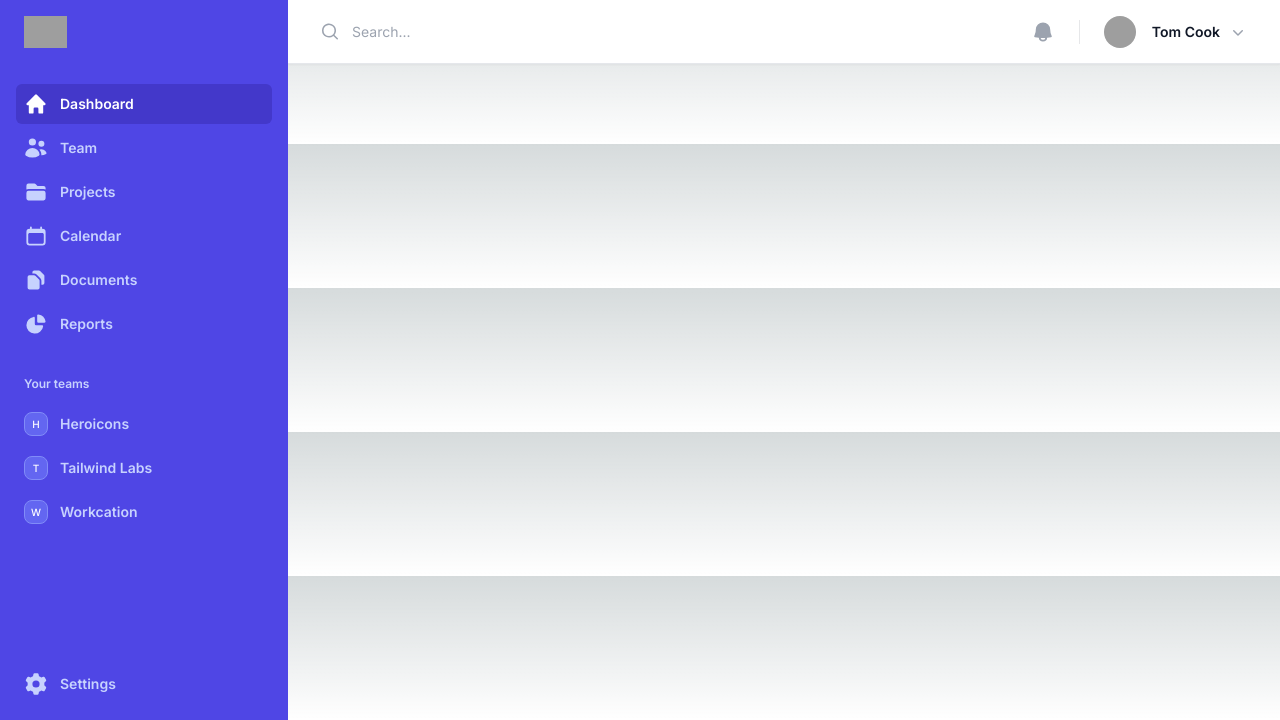
Repository: uh-sman/digital-x
Page: /
These files come from the project's save history. The page is drawn as it stood at one moment and after the next save; the edit follows.
The browser window is 1280 px wide. The pictures show the whole page.
Pictures or frames that could not be fetched are drawn as grey boxes. The project was rebuilt for these pictures with package versions that can differ from the ones it lists, and the page was loaded fresh each time. The framework's server and built-in components were replaced by stand-ins that run in the browser. Also part of the build but not shown: next.config.mjs.

Above is the page before, as saved 2024-04-02 09:46:39.

### app/(routes)/page.tsx
import Image from "next/image";
import SideBar from "./(components)/sidebar";

export default function Home() {
  return (
    <div>
      <SideBar />
    </div>
  );
}

### app/(routes)/(components)/sidebar.tsx
"use client"
import {  Fragment, useState } from "react";
import { Dialog, Menu, Transition } from '@headlessui/react'
import {
    Bars3Icon,
    BellIcon,
    CalendarIcon,
  ChartPieIcon,
  ChevronDownIcon,
  Cog6ToothIcon,
  DocumentDuplicateIcon,
  FolderIcon,
  HomeIcon,
  MagnifyingGlassIcon,
  UsersIcon,
  XMarkIcon,
} from "@heroicons/react/20/solid";
const navigation = [
  { name: "Dashboard", href: "#", icon: HomeIcon, current: true },
  { name: "Team", href: "#", icon: UsersIcon, current: false },
  { name: "Projects", href: "#", icon: FolderIcon, current: false },
  { name: "Calendar", href: "#", icon: CalendarIcon, current: false },
  {
    name: "Documents",
    href: "#",
    icon: DocumentDuplicateIcon,
    current: false,
  },
  { name: "Reports", href: "#", icon: ChartPieIcon, current: false },
];

const teams = [
    { id: 1, name: 'Heroicons', href: '#', initial: 'H', current: false },
    { id: 2, name: 'Tailwind Labs', href: '#', initial: 'T', current: false },
    { id: 3, name: 'Workcation', href: '#', initial: 'W', current: false },
  ]

  const userNavigation = [
    { name: 'Your profile', href: '#' },
    { name: 'Sign out', href: '#' },
  ]

  function classNames(...classes:any) {
    return classes.filter(Boolean).join(' ')
  }

const SideBar = () => {

    const [sidebarOpen, setSidebarOpen] = useState(false)


  return (
    <>
      {/*
        This example requires updating your template:

        ```
        <html class="h-full bg-white">
        <body class="h-full">
        ```
      */}
      <div>
        <Transition.Root show={sidebarOpen} as={Fragment}>
          <Dialog as="div" className="relative z-50 lg:hidden" onClose={setSidebarOpen}>
            <Transition.Child
              as={Fragment}
              enter="transition-opacity ease-linear duration-300"
              enterFrom="opacity-0"
              enterTo="opacity-100"
              leave="transition-opacity ease-linear duration-300"
              leaveFrom="opacity-100"
              leaveTo="opacity-0"
            >
              <div className="fixed inset-0 bg-gray-900/80" />
            </Transition.Child>

            <div className="fixed inset-0 flex">
              <Transition.Child
                as={Fragment}
                enter="transition ease-in-out duration-300 transform"
                enterFrom="-translate-x-full"
                enterTo="translate-x-0"
                leave="transition ease-in-out duration-300 transform"
                leaveFrom="translate-x-0"
                leaveTo="-translate-x-full"
              >
                <Dialog.Panel className="relative mr-16 flex w-full max-w-xs flex-1">
                  <Transition.Child
                    as={Fragment}
                    enter="ease-in-out duration-300"
                    enterFrom="opacity-0"
                    enterTo="opacity-100"
                    leave="ease-in-out duration-300"
                    leaveFrom="opacity-100"
                    leaveTo="opacity-0"
                  >
                    <div className="absolute left-full top-0 flex w-16 justify-center pt-5">
                      <button type="button" className="-m-2.5 p-2.5" onClick={() => setSidebarOpen(false)}>
                        <span className="sr-only">Close sidebar</span>
                        <XMarkIcon className="h-6 w-6 text-white" aria-hidden="true" />
                      </button>
                    </div>
                  </Transition.Child>
                  {/* Sidebar component, swap this element with another sidebar if you like */}
                  <div className="flex grow flex-col gap-y-5 overflow-y-auto bg-indigo-600 px-6 pb-4">
                    <div className="flex h-16 shrink-0 items-center">
                      <img
                        className="h-8 w-auto"
                        src="https://tailwindui.com/img/logos/mark.svg?color=white"
                        alt="Your Company"
                      />
                    </div>
                    <nav className="flex flex-1 flex-col">
                      <ul role="list" className="flex flex-1 flex-col gap-y-7">
                        <li>
                          <ul role="list" className="-mx-2 space-y-1">
                            {navigation.map((item) => (
                              <li key={item.name}>
                                <a
                                  href={item.href}
                                  className={classNames(
                                    item.current
                                      ? 'bg-indigo-700 text-white'
                                      : 'text-indigo-200 hover:text-white hover:bg-indigo-700',
                                    'group flex gap-x-3 rounded-md p-2 text-sm leading-6 font-semibold'
                                  )}
                                >
                                  <item.icon
                                    className={classNames(
                                      item.current ? 'text-white' : 'text-indigo-200 group-hover:text-white',
                                      'h-6 w-6 shrink-0'
                                    )}
                                    aria-hidden="true"
                                  />
                                  {item.name}
                                </a>
                              </li>
                            ))}
                          </ul>
                        </li>
                        <li>
                          <div className="text-xs font-semibold leading-6 text-indigo-200">Your teams</div>
                          <ul role="list" className="-mx-2 mt-2 space-y-1">
                            {teams.map((team) => (
                              <li key={team.name}>
                                <a
                                  href={team.href}
                                  className={classNames(
                                    team.current
                                      ? 'bg-indigo-700 text-white'
                                      : 'text-indigo-200 hover:text-white hover:bg-indigo-700',
                                    'group flex gap-x-3 rounded-md p-2 text-sm leading-6 font-semibold'
                                  )}
                                >
                                  <span className="flex h-6 w-6 shrink-0 items-center justify-center rounded-lg border border-indigo-400 bg-indigo-500 text-[0.625rem] font-medium text-white">
                                    {team.initial}
                                  </span>
                                  <span className="truncate">{team.name}</span>
                                </a>
                              </li>
                            ))}
                          </ul>
                        </li>
                        <li className="mt-auto">
                          <a
                            href="#"
                            className="group -mx-2 flex gap-x-3 rounded-md p-2 text-sm font-semibold leading-6 text-indigo-200 hover:bg-indigo-700 hover:text-white"
                          >
                            <Cog6ToothIcon
                              className="h-6 w-6 shrink-0 text-indigo-200 group-hover:text-white"
                              aria-hidden="true"
                            />
                            Settings
                          </a>
                        </li>
                      </ul>
                    </nav>
                  </div>
                </Dialog.Panel>
              </Transition.Child>
            </div>
          </Dialog>
        </Transition.Root>

        {/* Static sidebar for desktop */}
        <div className="hidden lg:fixed lg:inset-y-0 lg:z-50 lg:flex lg:w-72 lg:flex-col">
          {/* Sidebar component, swap this element with another sidebar if you like */}
          <div className="flex grow flex-col gap-y-5 overflow-y-auto bg-indigo-600 px-6 pb-4">
            <div className="flex h-16 shrink-0 items-center">
              <img
                className="h-8 w-auto"
                src="https://tailwindui.com/img/logos/mark.svg?color=white"
                alt="Your Company"
              />
            </div>
            <nav className="flex flex-1 flex-col">
              <ul role="list" className="flex flex-1 flex-col gap-y-7">
                <li>
                  <ul role="list" className="-mx-2 space-y-1">
                    {navigation.map((item) => (
                      <li key={item.name}>
                        <a
                          href={item.href}
                          className={classNames(
                            item.current
                              ? 'bg-indigo-700 text-white'
                              : 'text-indigo-200 hover:text-white hover:bg-indigo-700',
                            'group flex gap-x-3 rounded-md p-2 text-sm leading-6 font-semibold'
                          )}
                        >
                          <item.icon
                            className={classNames(
                              item.current ? 'text-white' : 'text-indigo-200 group-hover:text-white',
                              'h-6 w-6 shrink-0'
                            )}
                            aria-hidden="true"
                          />
                          {item.name}
                        </a>
                      </li>
                    ))}
                  </ul>
                </li>
                <li>
                  <div className="text-xs font-semibold leading-6 text-indigo-200">Your teams</div>
                  <ul role="list" className="-mx-2 mt-2 space-y-1">
                    {teams.map((team) => (
                      <li key={team.name}>
                        <a
                          href={team.href}
                          className={classNames(
                            team.current
                              ? 'bg-indigo-700 text-white'
                              : 'text-indigo-200 hover:text-white hover:bg-indigo-700',
                            'group flex gap-x-3 rounded-md p-2 text-sm leading-6 font-semibold'
                          )}
                        >
                          <span className="flex h-6 w-6 shrink-0 items-center justify-center rounded-lg border border-indigo-400 bg-indigo-500 text-[0.625rem] font-medium text-white">
                            {team.initial}
                          </span>
                          <span className="truncate">{team.name}</span>
                        </a>
                      </li>
                    ))}
                  </ul>
                </li>
                <li className="mt-auto">
                  <a
                    href="#"
                    className="group -mx-2 flex gap-x-3 rounded-md p-2 text-sm font-semibold leading-6 text-indigo-200 hover:bg-indigo-700 hover:text-white"
                  >
                    <Cog6ToothIcon
                      className="h-6 w-6 shrink-0 text-indigo-200 group-hover:text-white"
                      aria-hidden="true"
                    />
                    Settings
                  </a>
                </li>
              </ul>
            </nav>
          </div>
        </div>

        <div className="lg:pl-72">
          <div className="sticky top-0 z-40 flex h-16 shrink-0 items-center gap-x-4 border-b border-gray-200 bg-white px-4 shadow-sm sm:gap-x-6 sm:px-6 lg:px-8">
            <button type="button" className="-m-2.5 p-2.5 text-gray-700 lg:hidden" onClick={() => setSidebarOpen(true)}>
              <span className="sr-only">Open sidebar</span>
              <Bars3Icon className="h-6 w-6" aria-hidden="true" />
            </button>

            {/* Separator */}
            <div className="h-6 w-px bg-gray-900/10 lg:hidden" aria-hidden="true" />

            <div className="flex flex-1 gap-x-4 self-stretch lg:gap-x-6">
              <form className="relative flex flex-1" action="#" method="GET">
                <label htmlFor="search-field" className="sr-only">
                  Search
                </label>
                <MagnifyingGlassIcon
                  className="pointer-events-none absolute inset-y-0 left-0 h-full w-5 text-gray-400"
                  aria-hidden="true"
                />
                <input
                  id="search-field"
                  className="block h-full w-full border-0 py-0 pl-8 pr-0 text-gray-900 placeholder:text-gray-400 focus:ring-0 sm:text-sm"
                  placeholder="Search..."
                  type="search"
                  name="search"
                />
              </form>
              <div className="flex items-center gap-x-4 lg:gap-x-6">
                <button type="button" className="-m-2.5 p-2.5 text-gray-400 hover:text-gray-500">
                  <span className="sr-only">View notifications</span>
                  <BellIcon className="h-6 w-6" aria-hidden="true" />
                </button>

                {/* Separator */}
                <div className="hidden lg:block lg:h-6 lg:w-px lg:bg-gray-900/10" aria-hidden="true" />

                {/* Profile dropdown */}
                <Menu as="div" className="relative">
                  <Menu.Button className="-m-1.5 flex items-center p-1.5">
                    <span className="sr-only">Open user menu</span>
                    <img
                      className="h-8 w-8 rounded-full bg-gray-50"
                      src="https://images.unsplash.com/photo-1472099645785-5658abf4ff4e?ixlib=rb-1.2.1&ixid=eyJhcHBfaWQiOjEyMDd9&auto=format&fit=facearea&facepad=2&w=256&h=256&q=80"
                      alt=""
                    />
                    <span className="hidden lg:flex lg:items-center">
                      <span className="ml-4 text-sm font-semibold leading-6 text-gray-900" aria-hidden="true">
                        Tom Cook
                      </span>
                      <ChevronDownIcon className="ml-2 h-5 w-5 text-gray-400" aria-hidden="true" />
                    </span>
                  </Menu.Button>
                  <Transition
                    as={Fragment}
                    enter="transition ease-out duration-100"
                    enterFrom="transform opacity-0 scale-95"
                    enterTo="transform opacity-100 scale-100"
                    leave="transition ease-in duration-75"
                    leaveFrom="transform opacity-100 scale-100"
                    leaveTo="transform opacity-0 scale-95"
                  >
                    <Menu.Items className="absolute right-0 z-10 mt-2.5 w-32 origin-top-right rounded-md bg-white py-2 shadow-lg ring-1 ring-gray-900/5 focus:outline-none">
                      {userNavigation.map((item) => (
                        <Menu.Item key={item.name}>
                          {({ active }) => (
                            <a
                              href={item.href}
                              className={classNames(
                                active ? 'bg-gray-50' : '',
                                'block px-3 py-1 text-sm leading-6 text-gray-900'
                              )}
                            >
                              {item.name}
                            </a>
                          )}
                        </Menu.Item>
                      ))}
                    </Menu.Items>
                  </Transition>
                </Menu>
              </div>
            </div>
          </div>

          <main className="py-10">
            <div className="px-4 sm:px-6 lg:px-8">{/* Your content */}</div>
          </main>
        </div>
      </div>
    </>
  )
}

export default SideBar

### tailwind.config.ts
import type { Config } from "tailwindcss";

const config: Config = {
  content: [
    "./pages/**/*.{js,ts,jsx,tsx,mdx}",
    "./components/**/*.{js,ts,jsx,tsx,mdx}",
    "./app/**/*.{js,ts,jsx,tsx,mdx}",
  ],
  theme: {
    extend: {
      backgroundImage: {
        "gradient-radial": "radial-gradient(var(--tw-gradient-stops))",
        "gradient-conic":
          "conic-gradient(from 180deg at 50% 50%, var(--tw-gradient-stops))",
      },
    },
  },
  plugins: [
    require("@tailwindcss/forms"),
  ],
};
export default config;

Loaded but not shown: app/layout.tsx (common file); app/globals.css (common file)

After the next save:
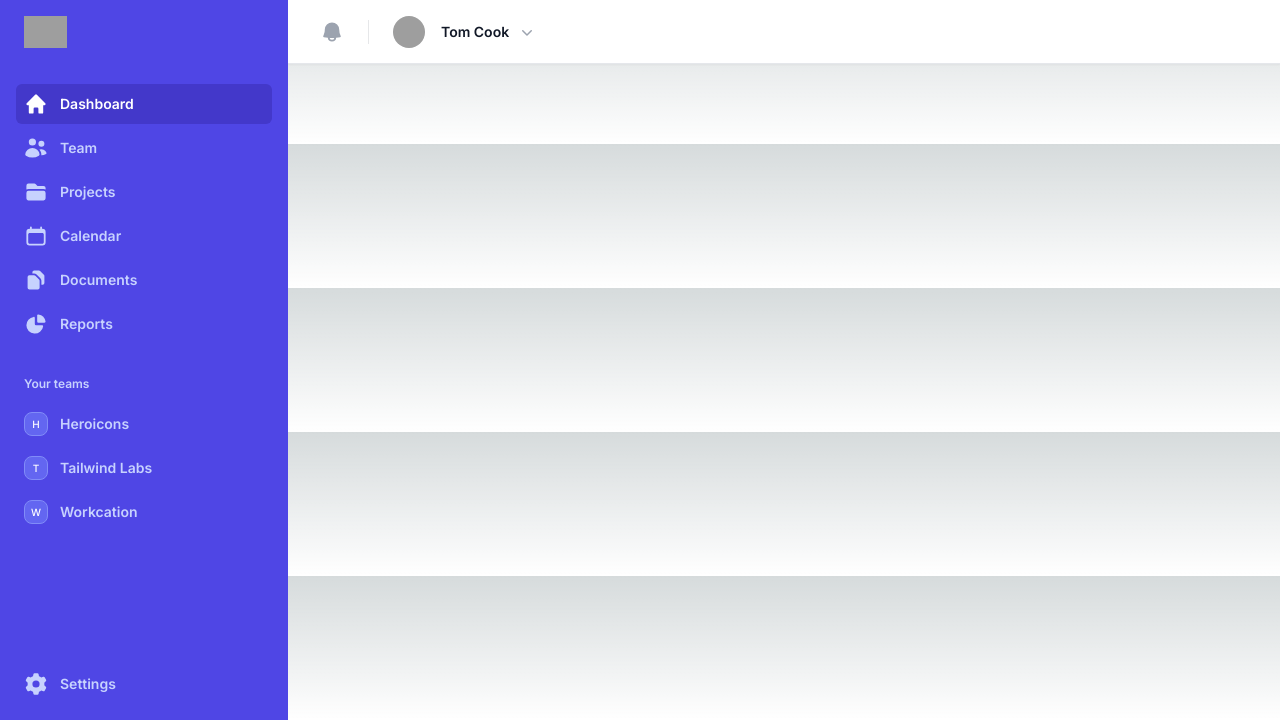
Saved 2 min 47 s later.
--- a/app/(routes)/(components)/sidebar.tsx
+++ b/app/(routes)/(components)/sidebar.tsx
@@ -110,6 +110,7 @@ const SideBar = () => {
                         alt="Your Company"
                       />
                     </div>
+                    {/* SIDE-NAV */}
                     <nav className="flex flex-1 flex-col">
                       <ul role="list" className="flex flex-1 flex-col gap-y-7">
                         <li>
@@ -272,7 +273,7 @@ const SideBar = () => {
             <div className="h-6 w-px bg-gray-900/10 lg:hidden" aria-hidden="true" />
 
             <div className="flex flex-1 gap-x-4 self-stretch lg:gap-x-6">
-              <form className="relative flex flex-1" action="#" method="GET">
+              {/* <form className="relative flex flex-1" action="#" method="GET">
                 <label htmlFor="search-field" className="sr-only">
                   Search
                 </label>
@@ -287,7 +288,7 @@ const SideBar = () => {
                   type="search"
                   name="search"
                 />
-              </form>
+              </form> */}
               <div className="flex items-center gap-x-4 lg:gap-x-6">
                 <button type="button" className="-m-2.5 p-2.5 text-gray-400 hover:text-gray-500">
                   <span className="sr-only">View notifications</span>
